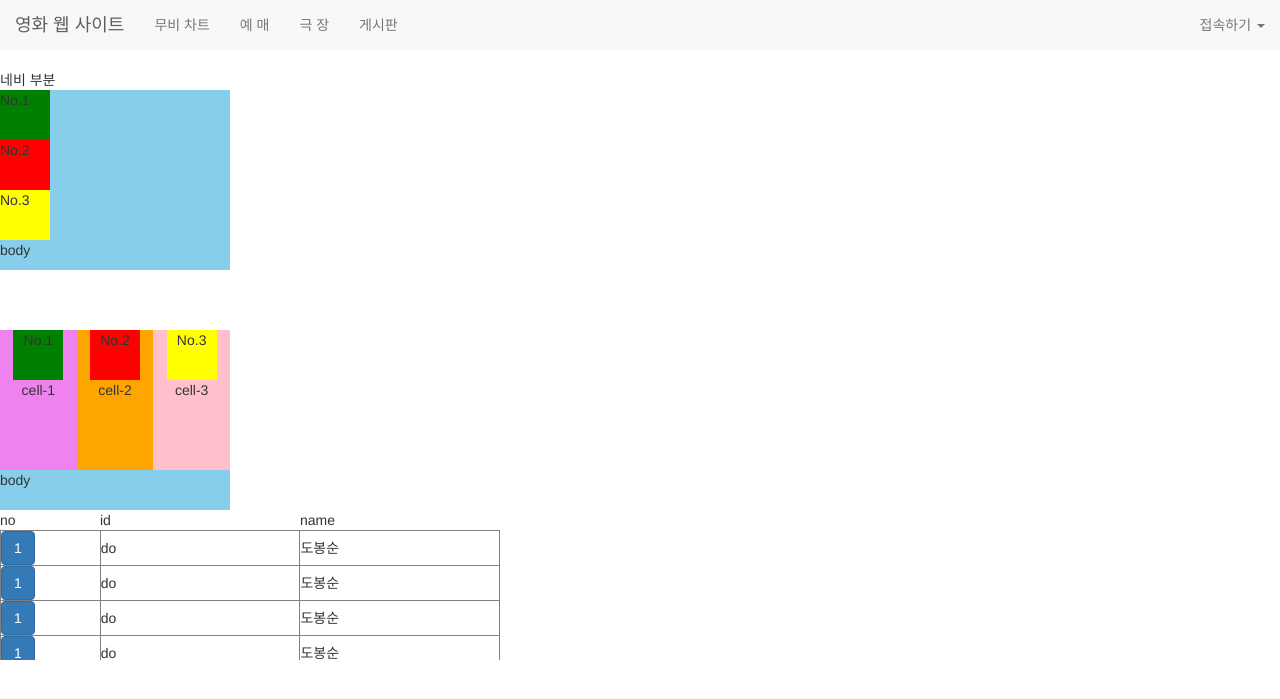
Repository: Gotaemin/java
Page: http://localhost/BBS/movieReserve.jsp
The author's editor kept a copy of each file at every save. The page is drawn from the files as they stood at one save, then again after the next save.
The browser window is 1280 px wide. The pictures show the whole page.
Some web libraries are served in a nearby version. The page is served by Tomcat 9. Other server files are loaded and not shown.

Above is the page before, as saved 2020-03-16 05:17:29.

### BBS/BBS/WebContent/movieReserve.jsp
<%@ page language="java" contentType="text/html; charset=UTF-8" pageEncoding="UTF-8"%>

<%@ page import ="java.io.PrintWriter" %>
<%@ taglib prefix="c" uri="http://java.sun.com/jsp/jstl/core"%>

<!DOCTYPE html>
<html>
<head>
<meta charset="UTF-8">

<meta name="viewport" content="width=device-width",initial-scale="1">
<link rel="stylesheet" href="css/bootstrap.css">
<style type="text/css">
	table{
		width:500px;
	}

	#a th, #a td {
		border:1px solid gray;
	}
	#movie{
		max-height:150px;
		overflow-y:scroll;
		width:520px;
	}




</style>
<title>Insert title here</title>
</head>
<body>
	<%
		String userID = null;
		if(session.getAttribute("userID") != null){
			userID = (String) session.getAttribute("userID");
		}

	%>

	<script src="https://code.jquery.com/jquery-3.1.1.min.js"></script>
	<script src="js/bootstrap.js"></script>


	<nav class="navbr navbar-default" style="margin-bottom: 20px;">

		<div class="navbar-header">
			<button type="button" class="navbar-toggle collapsed"
				data-toggle="collapse"
				data-target="#bs-example-navbar-collapse-1"
				aria-expanded="false">
				<span class="icon-bar"></span>
				<span class="icon-bar"></span>
				<span class="icon-bar"></span>
			</button>
			<a class="navbar-brand" href="MovieMain.jsp">영화 웹 사이트</a>
		</div>


		<div class="collapse navbar-collapse" id="#bs-example-navbar-collapse-1">
			<ul class="nav navbar-nav">
				<li><a href="movieList.movie">무비 차트</a></li>
				<li><a href="#">예  매</a></li>
				<li><a href="#">극  장</a></li>
				<li><a href="bbs.jsp">게시판</a></li>
			</ul>

			<%
				if(userID == null){
			%>
				<ul class="nav navbar-nav navbar-right">
					<li class="dropdown">
						<a href="#" class="dropdown-toggle"
							data-toggle="dropdown"
							role="button"
							aria-haspopup="true"
							aria-expanded="false">접속하기
						<span class="caret"></span>
						</a>

						<ul class="dropdown-menu">
							<li ><a href="login.jsp">로그인</a></li>
							<li ><a href="join.jsp">회원가입</a></li>
						</ul>
					</li>
				</ul>
			<%
				}else{
			%>
				<ul class="nav navbar-nav navbar-right">
					<li class="dropdown">
						<a href="#" class="dropdown-toggle"
							data-toggle="dropdown"
							role="button"
							aria-haspopup="true"
							aria-expanded="false">회원관리
						<span class="caret"></span>
						</a>

						<ul class="dropdown-menu">
							<li ><a href="logout.jsp">로그아웃</a></li>

						</ul>
					</li>
				</ul>
			<%
				}
			%>

		</div>
	</nav>

	<div id="container">


		<div class="navi">
			네비 부분
		</div>

		<!-- 테이블 방식으로 가운데 정렬하는 방법 -->
<div class="test_body" style ="width:230px; height:180px;background:skyblue;">
<div class="test_content" style="width:50px; height:50px; background:green;" >No.1</div>
<div class="test_content" style="width:50px; height:50px; background:red;" >No.2</div>
<div class="test_content" style="width:50px; height:50px; background:yellow;" >No.3</div>
body
</div>
<br>
<br>
<br>
<div class="test_body" style ="display:table;table-layout:fixed; word-break:break-all; width:230px; height:180px;background:skyblue">
<div style="display:table-row; ">
<div align=center style="display:table-cell; background:violet;" >
<div class="test_content" style="width:50px; height:50px; background:green" >No.1</div>
cell-1
</div>
<div align=center style="display:table-cell; background:orange;" >
<div class="test_content" style=" width:50px; height:50px; background:red" >No.2</div>
cell-2
</div>
<div align=center style="display:table-cell; background:pink;" >
<div class="test_content" style="width:50px; height:50px; background:yellow" >No.3</div>
cell-3
</div>
</div>
body
</div>





		<div id="movie">
			<table>
				<colgroup>
					<col width="20%">
					<col width="40%">
					<col width="40%">
				</colgroup>
				<thead>
					<tr>
						<td>no</td>
						<td>id</td>
						<td>name</td>
					</tr>
				</thead>
			</table>



			<div>
				<table>
					<colgroup>
						<col width="20%">
						<col width="40%">
						<col width="40%">
					</colgroup>
					<tbody id="a">
					<% for(int i=0;i<10;i++){

					%>
						<tr>
							<td>
								<input class="btn btn-primary" type="button" value="1">
							</td>
							<td>do</td>
							<td>도봉순</td>
						</tr>

					<%
						}
					%>
					</tbody>
				</table>
			</div>
		</div>

	</div>



</body>
</html>

Loaded but not shown: BBS/BBS/WebContent/css/bootstrap.css (library); BBS/BBS/WebContent/js/bootstrap.js (library)

After the next save:
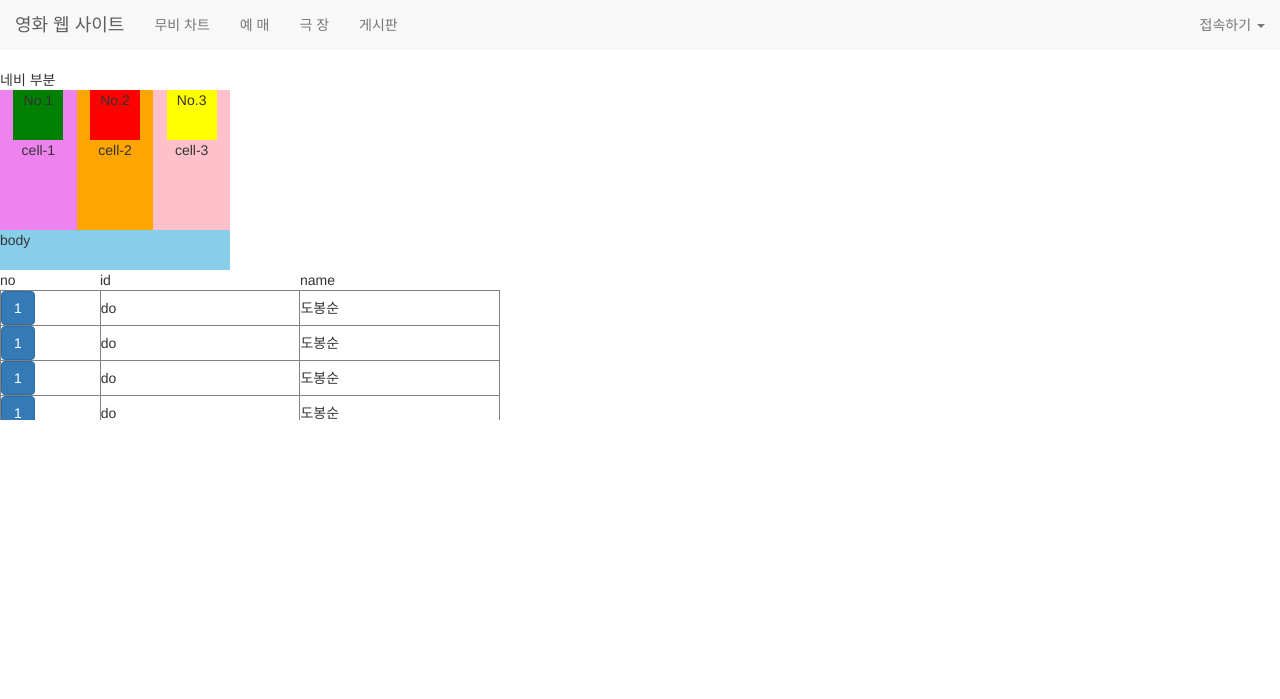
Saved 17 s later.
--- a/BBS/BBS/WebContent/movieReserve.jsp
+++ b/BBS/BBS/WebContent/movieReserve.jsp
@@ -118,16 +118,8 @@
 			네비 부분
 		</div>
 
-		<!-- 테이블 방식으로 가운데 정렬하는 방법 -->
-<div class="test_body" style ="width:230px; height:180px;background:skyblue;">
-<div class="test_content" style="width:50px; height:50px; background:green;" >No.1</div>
-<div class="test_content" style="width:50px; height:50px; background:red;" >No.2</div>
-<div class="test_content" style="width:50px; height:50px; background:yellow;" >No.3</div>
-body
-</div>
-<br>
-<br>
-<br>
+
+
 <div class="test_body" style ="display:table;table-layout:fixed; word-break:break-all; width:230px; height:180px;background:skyblue">
 <div style="display:table-row; ">
 <div align=center style="display:table-cell; background:violet;" >
